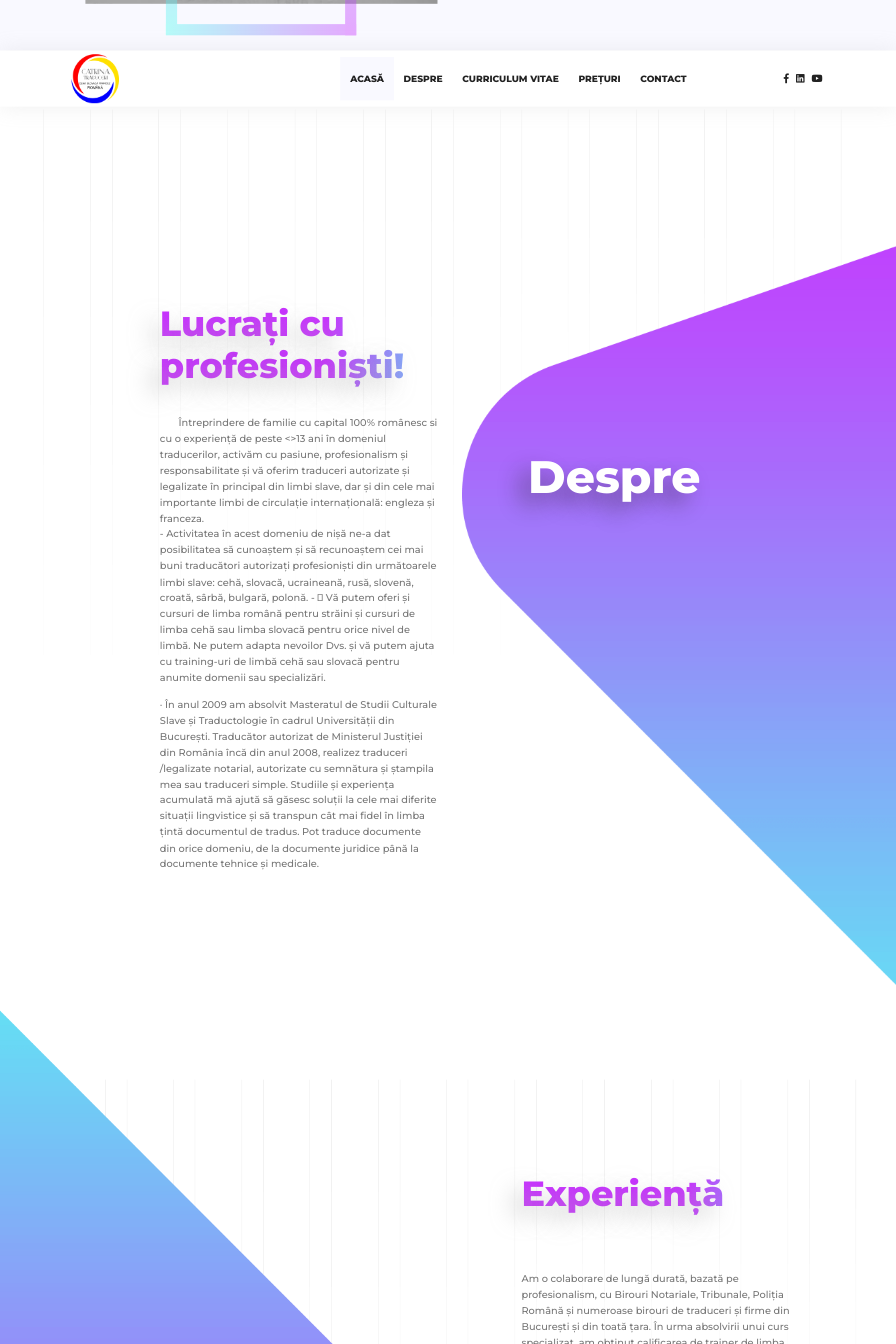
Repository: roscaImarius/site_traduceri
Page: index.html
An editor plug-in stored every save of this project. The page is shown before and after the next save, followed by the edit.
The browser window is 1280 px wide. The pictures show the part of the page from y = 539 to 2459 px (the page is 7580 px tall), at 70% of full size.

Above is the page before, as saved 2022-03-17 15:01:37.

### index.html
<!DOCTYPE html>
<html lang="en" class="no-js">
  <head>
    <meta
      name="viewport"
      content="width=device-width, initial-scale=1, shrink-to-fit=no"
    />
    <meta name="author" content="CodePixar" />
    <meta name="description" content="" />
    <meta name="keywords" content="" />
    <meta charset="UTF-8" />

    <title>Traduceri</title>

    <link
      href="https://fonts.googleapis.com/css?family=Montserrat:500,600,700,800,900"
      rel="stylesheet"
    />
    <link
      href="https://fonts.googleapis.com/css?family=Open+Sans:400,600"
      rel="stylesheet"
    />
    <!-- ===========================================
		CSS Files
    ============================================= -->
    <link rel="stylesheet" href="css/font-awesome.min.css" />
    <link rel="stylesheet" href="css/bootstrap.css" />
    <link rel="stylesheet" href="css/main.css" />
  </head>

  <body class="version5" id="top">
    <div class="se-pre-con"></div>

    <!--================ Start Banner Area =================-->
    <section class="home-area" id="home">
      <div class="banner-area relative">
        <div class="container-fluid">
          <div class="row justify-content-center height align-items-center">
            <div class="col-lg-5 col-md-6 col-sm-12">
              <div class="banner-img">
                <img class="img-fluid" src="img/banner-img5.jpg" alt="" />
              </div>
            </div>
            <div class="col-lg-5 col-md-6 col-sm-12">
              <div class="banner-content text-right">
                <h4 class="mb-30 hello text-uppercase text-white">
                  Salut, noi suntem
                </h4>
                <h1 class="name">Catrina Traduceri</h1>
                <p class="mt-5 h6 pHome dark">
                  Ne numărăm printre foarte puținii traducători autorizați de
                  Ministerul Justiției din România pentru traduceri din limbile
                  slave, de nisă: cehă, slovacă și ucraineană.
                </p>
              </div>
            </div>
          </div>
        </div>
      </div>
    </section>
    <!--================Header Menu Area =================-->
    <header class="header_area" id="header5">
      <div class="main_menu">
        <nav class="navbar navbar-expand-lg">
          <div class="container-fluid">
            <!-- Brand and toggle get grouped for better mobile display -->
            <a class="navbar-brand logo_h" href="index.html"
              ><img class="logoo" src="img/logo5_1.png" alt=""
            /></a>
            <button
              class="navbar-toggler"
              type="button"
              data-toggle="collapse"
              data-target="#navbarSupportedContent"
              aria-controls="navbarSupportedContent"
              aria-expanded="false"
              aria-label="Toggle navigation"
            >
              <i class="fas fa-bars"></i>
            </button>
            <!-- Collect the nav links, forms, and other content for toggling -->
            <div
              class="collapse navbar-collapse offset"
              id="navbarSupportedContent"
            >
              <ul class="nav navbar-nav menu_nav ml-auto nav5">
                <li class="nav-item active5">
                  <a class="nav-link" href="#home">Acasă</a>
                </li>
                <li class="nav-item">
                  <a class="nav-link" href="#about">Despre</a>
                </li>
                <li class="nav-item">
                  <a class="nav-link" href="#resume">Curriculum Vitae</a>
                </li>
                <li class="nav-item">
                  <a class="nav-link" href="#portfolio">prețuri</a>
                </li>
                <li class="nav-item">
                  <a class="nav-link" href="#contact">contact</a>
                </li>
              </ul>

              <!-- SOCIAL MEDIA -->
              <ul class="nav navbar-nav social-icons">
                <li class="nav-item">
                  <a href="https://www.facebook.com/catrina.traduceri">
                    <i class="fab fa-facebook-f"></i>
                  </a>
                </li>
                <li class="nav-item">
                  <a
                    href="https://www.linkedin.com/in/ionut-catrina-405244178/"
                  >
                    <i class="fab fa-linkedin"></i>
                  </a>
                </li>
                <li class="nav-item">
                  <a href="#">
                    <i class="fab fa-youtube"></i>
                  </a>
                </li>
              </ul>
            </div>
          </div>
        </nav>
      </div>
    </header>

    <!--================ Start About Area =================-->
    <section class="about-area section-gap-top-5 relative" id="about">
      <div class="container-fluid">
        <div class="row row-reverse">
          <div class="offset-lg-2 col-lg-4 col-md-12">
            <h2 class="heading mb-40">Lucrați cu profesioniști!</h2>
            <p style="text-indent: 20pt">
              Întreprindere de familie cu capital 100% românesc si cu o
              experiență de peste <>13 ani</h1> în domeniul traducerilor,
              activăm cu pasiune, profesionalism și responsabilitate și vă
              oferim traduceri autorizate și legalizate în principal din limbi
              slave, dar și din cele mai importante limbi de circulație
              internațională: engleza și franceza. <br />- Activitatea în acest
              domeniu de nișă ne-a dat posibilitatea să cunoaștem și să
              recunoaștem cei mai buni traducători autorizați profesioniști din
              următoarele limbi slave: cehă, slovacă, ucraineană, rusă, slovenă,
              croată, sârbă, bulgară, polonă. -  Vă putem oferi și cursuri de
              limba română pentru străini și cursuri de limba cehă sau limba
              slovacă pentru orice nivel de limbă. Ne putem adapta nevoilor Dvs.
              și vă putem ajuta cu training-uri de limbă cehă sau slovacă pentru
              anumite domenii sau specializări.
            </p>
            <p class="mb-50">
              &middot; În anul 2009 am absolvit Masteratul de Studii Culturale
              Slave și Traductologie în cadrul Universității din București.
              Traducător autorizat de Ministerul Justiției din România încă din
              anul 2008, realizez traduceri /legalizate notarial, autorizate cu
              semnătura și ștampila mea sau traduceri simple. Studiile și
              experiența acumulată mă ajută să găsesc soluții la cele mai
              diferite situații lingvistice și să transpun cât mai fidel în
              limba țintă documentul de tradus. Pot traduce documente din orice
              domeniu, de la documente juridice până la documente tehnice și
              medicale.
            </p>
          </div>

          <div class="col-lg-6 p-0 col-md-12">
            <div class="right-side">
              <h2 class="text-white right-heading">Despre</h2>
            </div>
          </div>
        </div>
      </div>
    </section>

    <!--================ Start Experience Area =================-->
    <section class="experience-area relative" id="resume">
      <div class="container-fluid">
        <div class="row">
          <div class="col-lg-6 p-0 col-md-12">
            <div class="left-side">
              <h2 class="text-white indented cv left-heading">C.V.</h2>
            </div>
          </div>

          <div class="xpDiv col-lg-4 md-mr col-md-12">
            <h2 class="heading mb-80">Experiență</h2>
            <div class="resume-content">
              <div class="work-exp mb-50">
                <p>
                  Am o colaborare de lungă durată, bazată pe profesionalism, cu
                  Birouri Notariale, Tribunale, Poliția Română și numeroase
                  birouri de traduceri și firme din București și din toată țara.
                  În urma absolvirii unui curs specializat, am obținut
                  calificarea de trainer de limba română pentru străini.
                  Experiență în domeniul Proiectelor finanțate din fonduri
                  europene (POSDRU). In perioada 1.7.2010 - 1.11.2013 am ocupat
                  pozitia de Responsabil vizite de studiu – schimb de experiență
                  în cadrul unor proiecte transnaționale (între România și
                  Republica Cehă).
                </p>
              </div>

              <h2 class="heading mt-120 mb-80">Education</h2>
              <div class="study">
                <h4 class="subject">Master</h4>
                <p>
                  <span class="title">Session</span>
                  <span class="info">: 2010-11</span>
                </p>
                <p>
                  <span class="title">Result</span>
                  <span class="info">: 3.78 (In the Scale of 4.00)</span>
                </p>
              </div>

              <div class="study">
                <h4 class="subject">Bachelor</h4>
                <p>
                  <span class="title">Session</span>
                  <span class="info">: 2006-09</span>
                </p>
                <p>
                  <span class="title">Result</span>
                  <span class="info">: 3.40 (In the Scale of 4.00)</span>
                </p>
              </div>

              <div class="study">
                <h4 class="subject">Diploma</h4>
                <p>
                  <span class="title">Session</span>
                  <span class="info">: 20063-06</span>
                </p>
                <p>
                  <span class="title">Result</span>
                  <span class="info">: 4.94 (In the Scale of 5.00)</span>
                </p>
              </div>
            </div>
          </div>
        </div>
      </div>
    </section>

    <!--================ Start PRICE Area =================-->
    <section class="price-area section-gap-top-5 relative" id="portfolio">
      <div class="container-fluid">
        <div class="row row-reverse">
          <div class="divFaraPret offset-lg-2 col-lg-4 col-md-12">
            <h2 class="heading mb-40">Detalii tarife</h2>
            <h1>Text</h1>
            <p>
              Lorem ipsum dolor sit amet consectetur adipisicing elit. Tempora
              omnis rem magnam voluptatum molestiae, unde id fuga illum
              consequatur nisi? Unde voluptates quia enim ab quae consequatur.
              Doloremque amet eveniet autem hic error veniam ullam aliquid
              aperiam corrupti expedita tempora fugiat, accusantium esse alias
              ea quam architecto totam perferendis, eum excepturi consectetur,
              distinctio placeat! A iure sint corporis fuga aperiam quo incidunt
              enim aut vel totam, dolorum architecto sed placeat, doloribus quam
              fugit! Deserunt iure eligendi at laborum corrupti libero,
              molestias, aliquid hic, nihil non ad voluptatum esse molestiae
              quam culpa sit quos! Maiores molestiae ab laboriosam nam magnam,
              illo eligendi dolorem explicabo. Expedita consequatur debitis
              ratione excepturi exercitationem quam neque quaerat magni aliquid
              voluptate, velit voluptatem ut quasi facilis totam ipsa nulla unde
              assumenda perspiciatis non sequi pariatur repellat? Dicta voluptas
              magni id omnis eveniet sunt consectetur aperiam necessitatibus
              sequi tempora quos neque sit iure aspernatur deserunt atque cum,
              debitis quibusdam inventore facilis velit, consequatur nobis
              excepturi. Suscipit dolorem, quisquam quos non reiciendis, earum
              repudiandae error nobis aspernatur optio expedita eligendi atque
              odit nihil ullam cumque a sunt aperiam culpa obcaecati corporis
              iusto? Magnam sequi, necessitatibus nemo odit illo nobis aut,
              voluptas suscipit consequuntur voluptatibus nisi earum. Dolor,
              aperiam?
            </p>
          </div>

          <div class="divPreturi col-lg-6 p-0 col-md-12">
            <div class="right-side">
              <h2 class="text-white right-heading">Prețuri</h2>
            </div>
          </div>
        </div>
      </div>
    </section>

    <!--================ Start CONTACT Area =================-->
    <section class="client-area relative" id="contact">
      <div class="container-fluid">
        <div class="row">
          <div class="col-lg-6 p-0 col-md-12">
            <div class="left-side">
              <h2 class="text-white left-heading">Contact</h2>
            </div>
          </div>

          <div class="contactDiv offset-lg-2 col-lg-4 col-md-12">
            <div class="form-area text-left">
              <h5><i>Telefon:</i></h5>
              <p>+40 726 471 135 <br /></p>
            </div>

            <div class="form-area text-left">
              <h5><i>E-mail:</i></h5>
              <p>catrina.traduceri@yahoo.com</p>
            </div>

            <div class="form-area adresa text-left">
              <h5><i>Adresă:</i></h5>
              <p>
                Calea Dorobantilor nr. 135-145, bl. 10, sc. C, Ap. 156, sector
                1, Bucuresti.
              </p>
            </div>
            <img class="mapa" src="./img/mapa.png" alt="" />
            <img class="mapa" src="./img/mapa.png" alt="" />
            <img class="mapa" src="./img/mapa.png" alt="" />
          </div>
        </div>
      </div>
    </section>

    <!--= Start Scroll to Top Area ########## -->
    <div id="back-top">
      <a title="Go to Top" href="#">
        <i class="fas fa-angle-up"></i>
      </a>
    </div>

    <script src="js/vendor/jquery-2.2.4.min.js"></script>
    <!-- <script src="js/popper.min.js"></script> -->
    <script src="js/vendor/bootstrap.min.js"></script>
    <script src="js/jquery.ajaxchimp.min.js"></script>
    <script src="js/counter-up.js"></script>
    <script src="js/isotope.pkgd.min.js"></script>
    <script src="js/waypoints.min.js"></script>
    <script src="js/main.js"></script>
  </body>
</html>

Loaded but not shown: css/font-awesome.min.css (library); css/bootstrap.css (library); js/vendor/jquery-2.2.4.min.js (library); js/vendor/bootstrap.min.js (library); js/jquery.ajaxchimp.min.js (library); js/isotope.pkgd.min.js (library); js/waypoints.min.js (library); js/main.js (150 lines, source omitted); js/counter-up.js (8 lines, source omitted); css/main.css (1566 lines, source omitted)

After the next save:
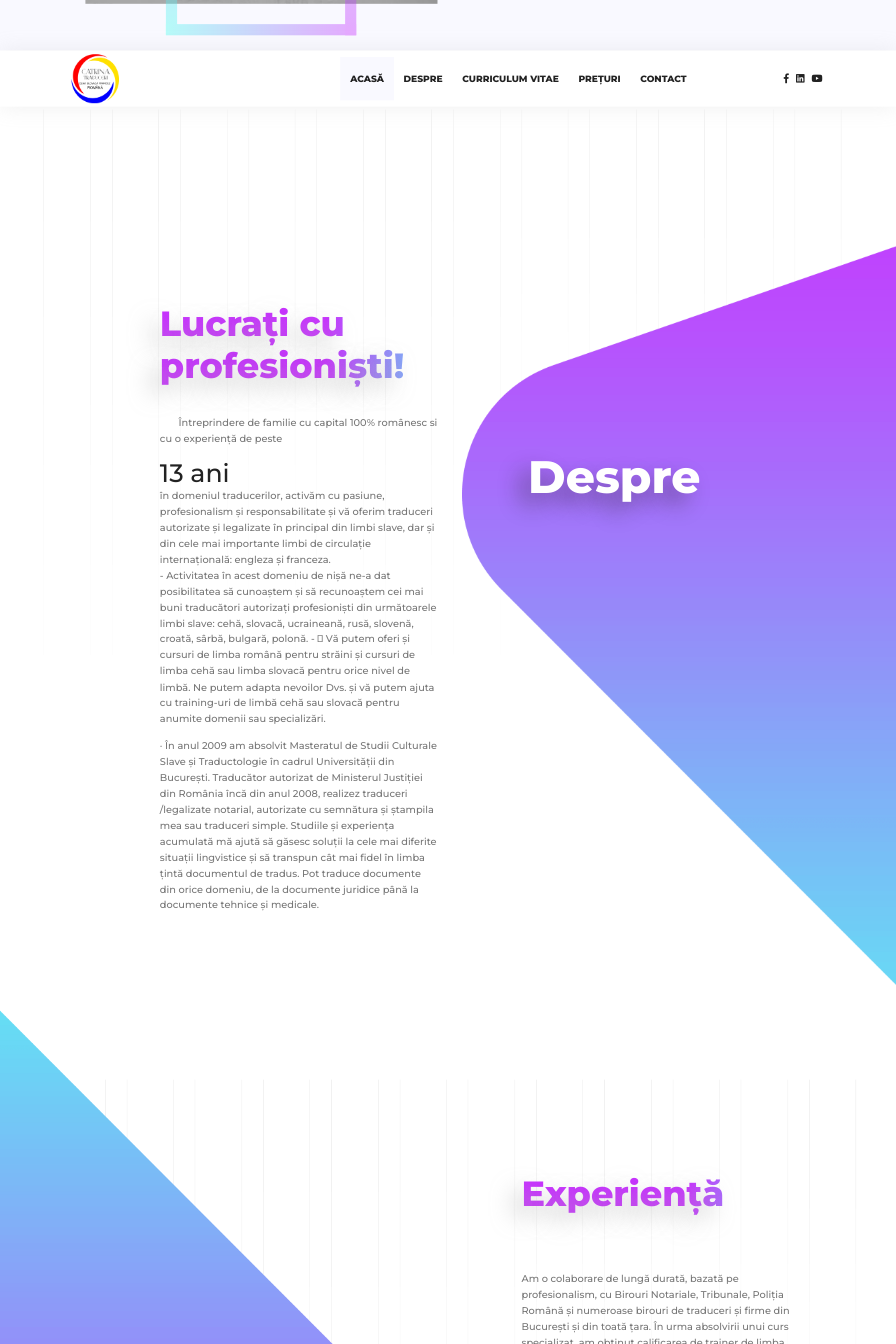
Saved 8 s later.
--- a/index.html
+++ b/index.html
@@ -135,7 +135,7 @@
             <h2 class="heading mb-40">Lucrați cu profesioniști!</h2>
             <p style="text-indent: 20pt">
               Întreprindere de familie cu capital 100% românesc si cu o
-              experiență de peste <>13 ani</h1> în domeniul traducerilor,
+              experiență de peste <h1>13 ani</h1> în domeniul traducerilor,
               activăm cu pasiune, profesionalism și responsabilitate și vă
               oferim traduceri autorizate și legalizate în principal din limbi
               slave, dar și din cele mai importante limbi de circulație
